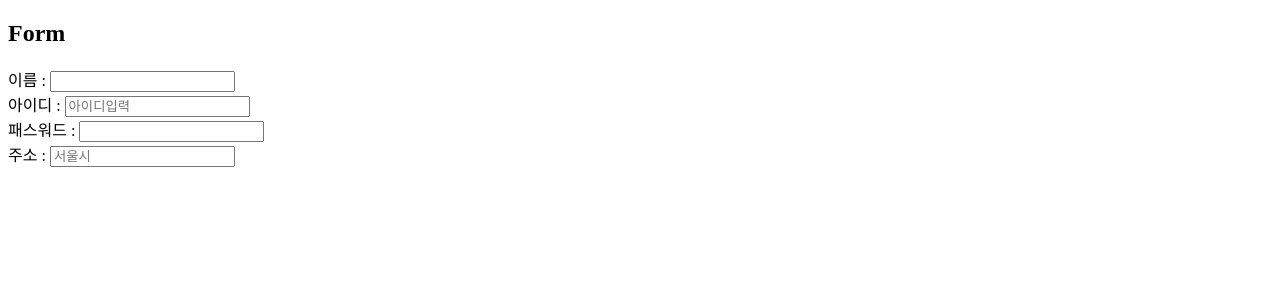
Repository: star-min/jsp_basic
Page: jsp1/web01/src/main/webapp/form.html
An editor plug-in stored every save of this project. The page is shown before and after the next save, followed by the edit.
The browser window is 1280 px wide. The pictures show the whole page.

Above is the page before, as saved 2022-04-22 05:09:38.

After the next save:
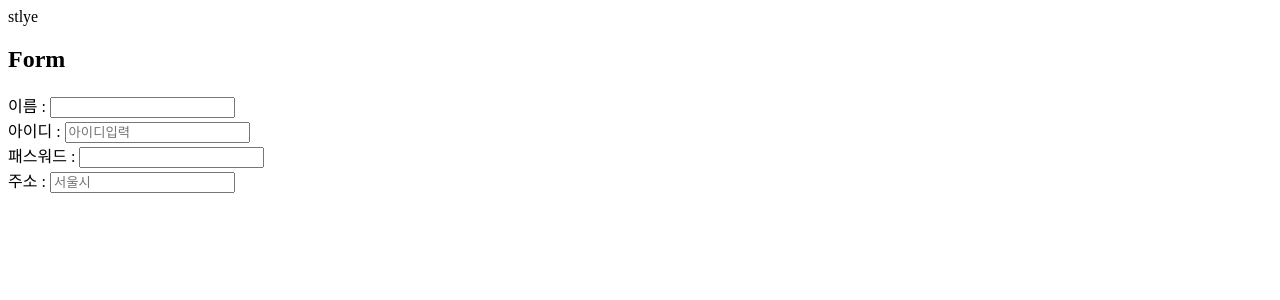
Saved 14 s later.
--- a/jsp1/web01/src/main/webapp/form.html
+++ b/jsp1/web01/src/main/webapp/form.html
@@ -3,6 +3,7 @@
 <head>
 <meta charset="UTF-8">
 <title>From</title>
+stlye
 </head>
 <body>
 	<header>

After the save that followed:
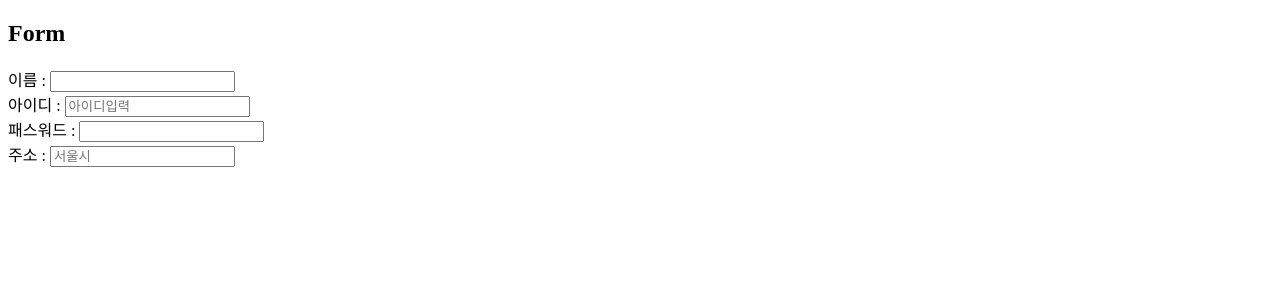
Saved 24 s later.
--- a/jsp1/web01/src/main/webapp/form.html
+++ b/jsp1/web01/src/main/webapp/form.html
@@ -3,7 +3,9 @@
 <head>
 <meta charset="UTF-8">
 <title>From</title>
-stlye
+<style>
+
+</style>
 </head>
 <body>
 	<header>
